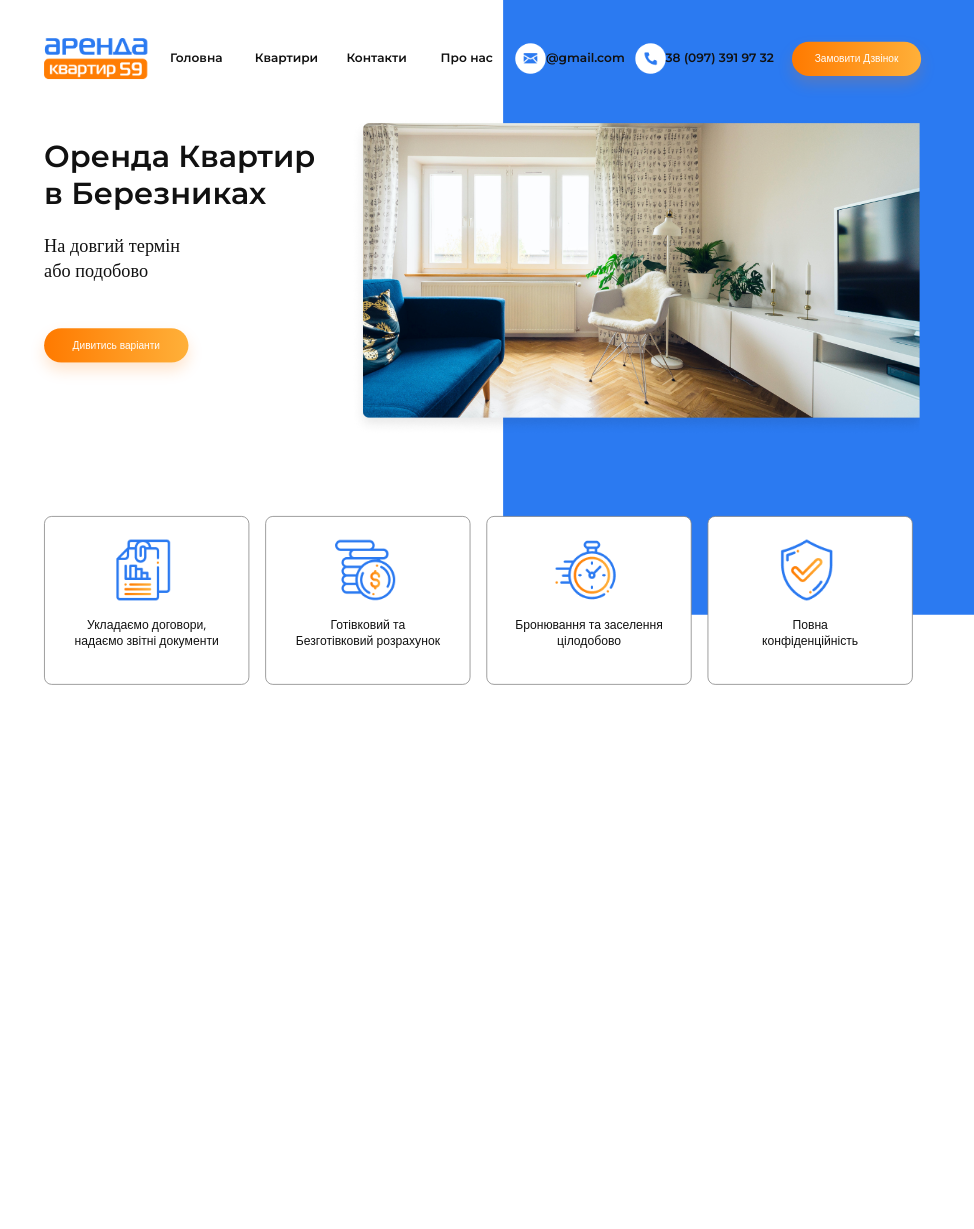
Repository: batonAnton/HW-7-grid
Page: index.html
These files come from the project's save history. The page is drawn as it stood at one moment and after the next save; the edit follows.
The browser window is 1280 px wide. The page is 1282 px wide, then 1280 px, so the pictures cover 1282 px, including what lies to the right of the window. The pictures show the whole page, at 76% of full size.

Above is the page before, as saved 2022-06-25 19:06:05.

After the next save:
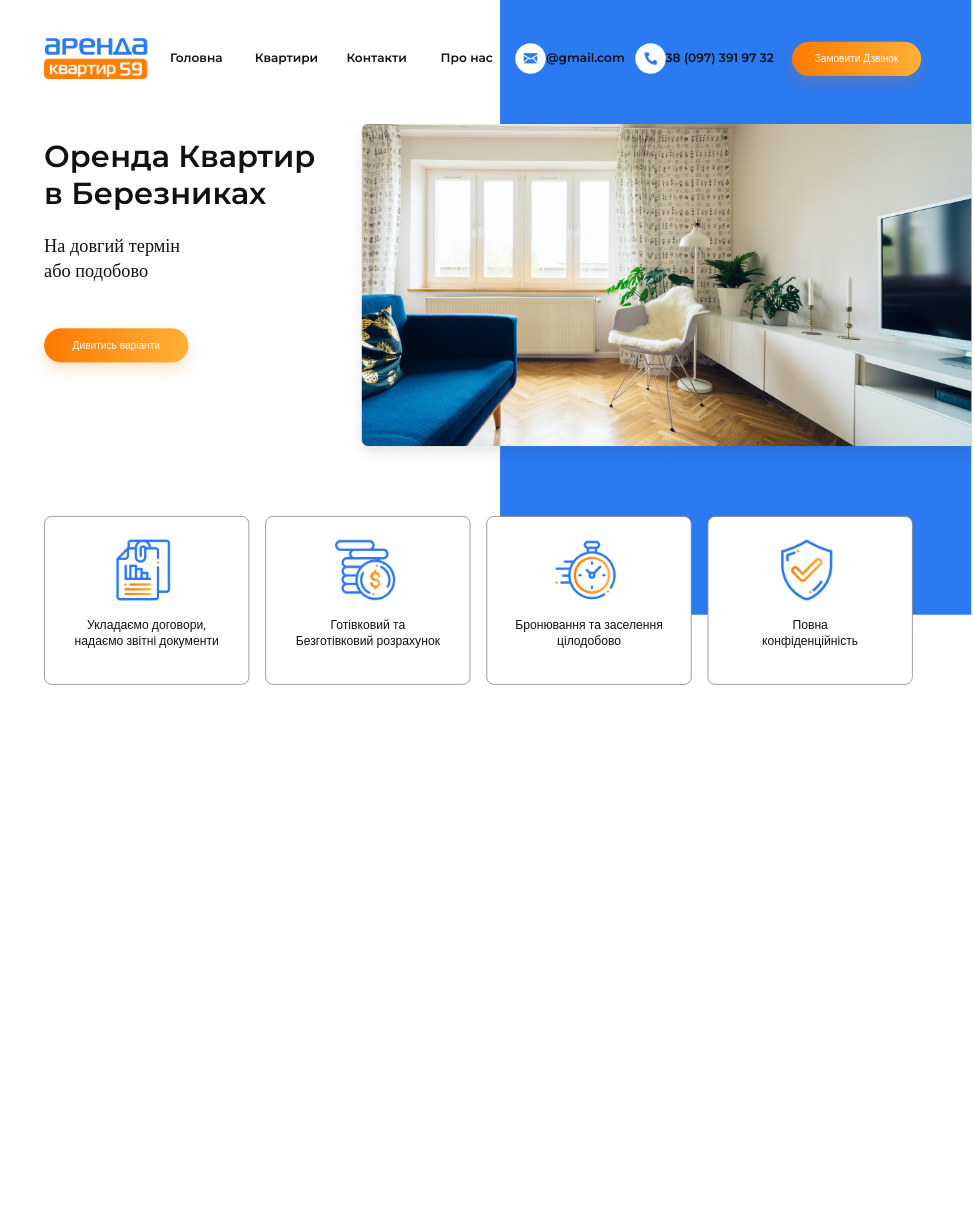
Saved 5 min 46 s later.
--- a/css/styles2.css
+++ b/css/styles2.css
@@ -106,8 +106,8 @@ header {
   background-image: url(../images/bigBanner.png);
   background-repeat: no-repeat;
   background-size: contain;
-  height: 420px;
-  margin-right: -60px;
+  /* height: 420px; */
+  margin-right: -56px;
 }
 
 .wrapper2 .btn {
@@ -132,7 +132,8 @@ header {
     background: #2b7af1;
     border-radius: 0px 0px 0px 10px;
     margin-top: -155px;
-    margin-right: -60px;
+    margin-right: -56px;
+
     width: 620px;
     height: 810px;
 }
